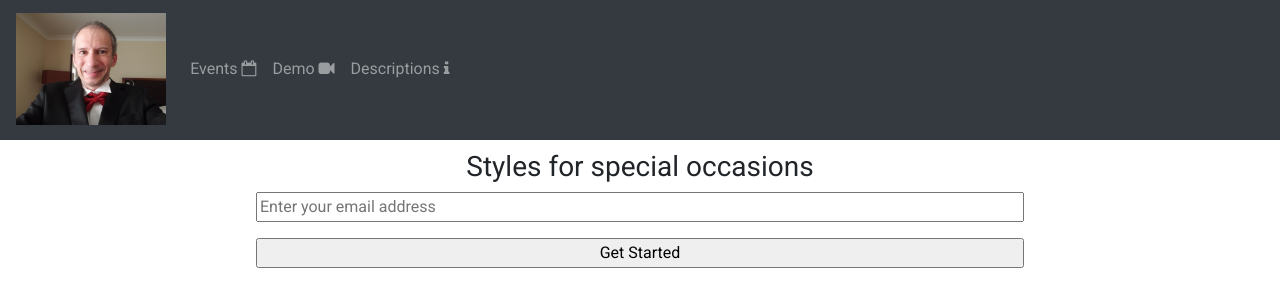
Repository: derektypist/product-landing-page
Page: index.html
The author's editor kept a record of every edit. The page is drawn from the files as they stood at one moment, then again after the next edit.
The browser window is 1280 px wide. The pictures show the whole page.

Above is the page before.
Console error (its wording comes from the project's code and is left out).

After the next edit:
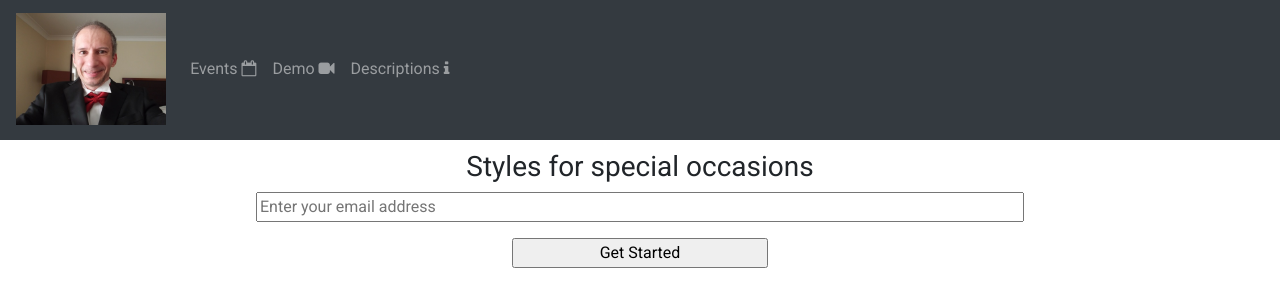
The edit:
--- a/index.html
+++ b/index.html
@@ -38,6 +38,10 @@
 
         input {
             width: 60%;
+        }
+
+        input[type=submit] {
+            width: 20%;
         }
     </style>
 </head>
